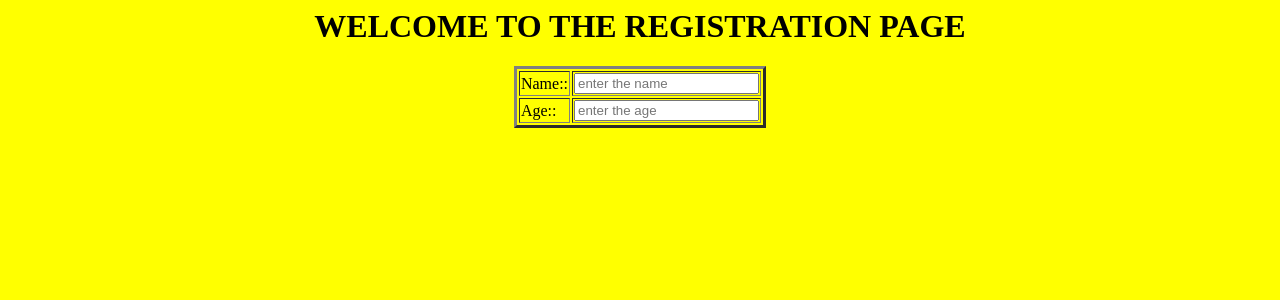
Repository: shivaramkrishna53/SERVLET_PROJECTS
Page: proj12-WorkingWithDifferentFormComponents-RegistrationApp/WebContent/input.html
An editor plug-in stored every save of this project. The page is shown before and after the next save, followed by the edit.
The browser window is 1280 px wide. The pictures show the whole page.

Above is the page before, as saved 2021-01-12 14:09:57.

### proj12-WorkingWithDifferentFormComponents-RegistrationApp/WebContent/input.html
<html>
<head>
<title>Registration</title>
</head>
<body bgcolor="yellow">
<center>
<h1 >WELCOME TO THE REGISTRATION PAGE</h1>
<form action="registrationurl" method="post">
<table border="3">
<tr>
<td>Name::</td>
<td>
<input type="text" name="pname" placeholder="enter the name"/>
</td>
</tr>
<tr>
<td>Age::</td>
<td>
<input type="number" name="page" placeholder="enter the age"/>
</td>
</tr>
</table>
</form>
</center>
</body>
</html>

After the next save:
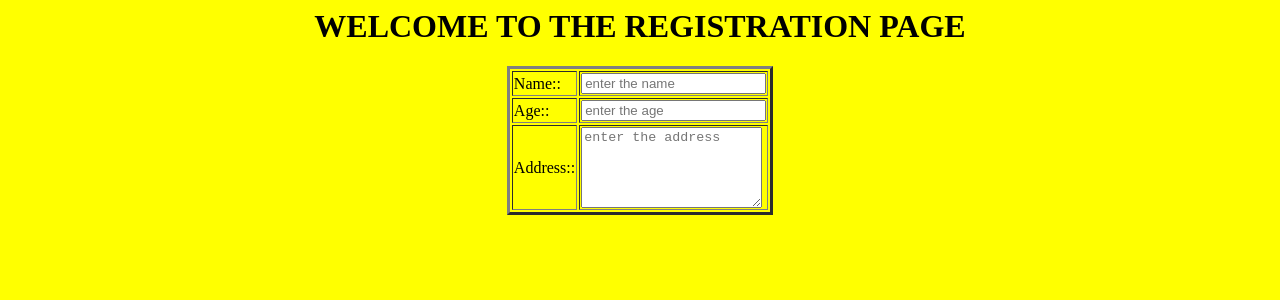
Saved 4 min 43 s later.
--- a/proj12-WorkingWithDifferentFormComponents-RegistrationApp/WebContent/input.html
+++ b/proj12-WorkingWithDifferentFormComponents-RegistrationApp/WebContent/input.html
@@ -19,6 +19,12 @@
 <input type="number" name="page" placeholder="enter the age"/>
 </td>
 </tr>
+<tr>
+<td>Address::</td>
+<td>
+<textarea rows="5" cols="20" placeholder="enter the address" name="address"></textarea>
+</td>
+</tr>
 </table>
 </form>
 </center>
